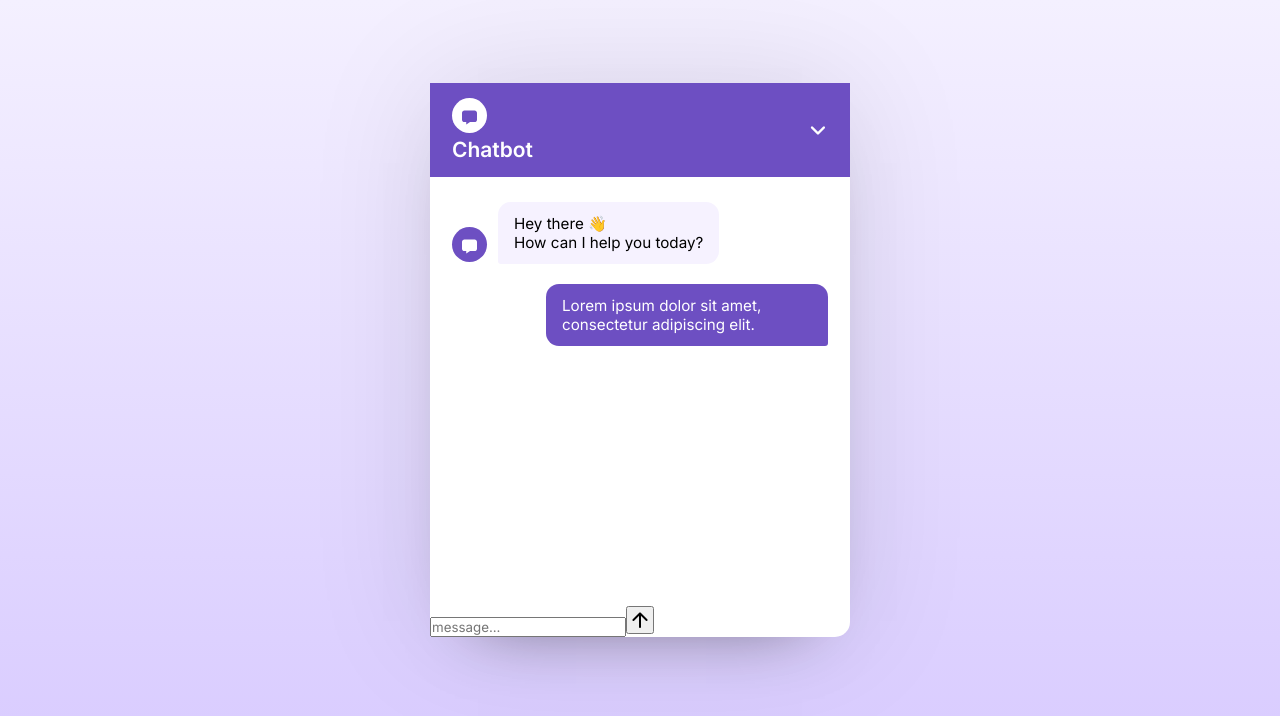
Repository: gogg23/chatbot
Page: / (app in chatbot/)
An editor plug-in stored every save of this project. The page is shown before and after the next save, followed by the edit.
The browser window is 1280 px wide. The pictures show the whole page.
The project was rebuilt for these pictures with package versions that can differ from the ones it lists, and the page was loaded fresh each time. Also part of the build but not shown: chatbot/vite.config.js.

Above is the page before, as saved 2025-01-17 12:52:51.

### chatbot/index.html
<!DOCTYPE html>
<html lang="en">
  <head>
    <meta charset="UTF-8" />
    <link rel="icon" type="image/svg+xml" href="/vite.svg" />
    <meta name="viewport" content="width=device-width, initial-scale=1.0" />
    <title>Chatbot in ReactJS</title>
    <!--Linking google Fonts for Icons-->
    <link
      href="https://fonts.googleapis.com/css2?family=Material+Symbols+Rounded"
      rel="stylesheet"
    />
  </head>
  <body>
    <div id="root"></div>
    <script type="module" src="/src/main.jsx"></script>
  </body>
</html>

### chatbot/src/index.css
/*Importing Google Fonts - Inter*/
@import url('https://fonts.googleapis.com/css2?family=Inter:ital,opsz,wght@0,14..32,100..900;1,14..32,100..900&display=swap');

* {
  margin: 0;
  padding: 0;
  box-sizing: border-box;
  font-family: 'Inter', sans-serif;
}

body {
  width: 100%;
  display: flex;
  align-items: center;
  justify-content: center;
  min-height: 100vh;
  background: linear-gradient(#f4f0ff, #dacdff);
}

.chatbot-popup {
  position: relative;
  width: 420px;
  background: #fff;
  border-radius: 15px;
  box-shadow: 0 0 128px 0 rgba(0, 0, 0, 0.1),
    0 32px 64px -48px rgba(0, 0, 0, 0.5);
}

.chatbot-popup .chat-header {
  display: flex;
  padding: 15px 22px;
  align-items: center;
  justify-content: space-between;
  background: #6d4fc2;
}

.chatbot-header .header-info {
  display: flex;
  gap: 10px;
  align-items: center;
}

.header-info svg {
  height: 35px;
  width: 35px;
  padding: 6px;
  flex-shrink: 0;
  fill: #6d4fc2;
  background: #fff;
  border-radius: 50%;
}

.header-info .logo-text {
  color: #fff;
  font-size: 1.31rem;
  font-weight: 600;
}

.chat-header button {
  height: 40px;
  width: 40px;
  border: none;
  outline: none;
  color: #fff;
  cursor: pointer;
  font-size: 1.9rem;
  padding-top: 2px;
  border-radius: 50%;
  margin-right: -10px;
  background: none;
  transition: 0.2s ease;
}
.chat-header button:hover {
  background: #593bab;
}
.chat-body {
  display: flex;
  flex-direction: column;
  gap: 20px;
  padding: 25px 22px;
  height: 460px;
  overflow-y: auto;
}

.chat-body .message {
  display: flex;
  gap: 11px;
  align-items: center;
}

.chat-body .bot-message svg {
  height: 35px;
  width: 35px;
  padding: 6px;
  flex-shrink: 0;
  fill: #fff;
  align-self: flex-end;
  margin-bottom: 2px;
  background: #6d4fc2;
  border-radius: 50%;
}

.chat-body .message .message-text {
  padding: 12px 16px;
  max-width: 75%;
  background: #6d4fc2;
  word-wrap: break-word;
  white-space: pre-line;
  font-size: 0.95rem;
}

.chat-body .bot-message .message-text {
  background: #f6f2ff;
  border-radius: 13px 13px 13px 3px;
}

.chat-body .user-message {
  flex-direction: column;
  align-items: flex-end;
}

.chat-body .user-message .message-text {
  color: #fff;
  background: #6d4fc2;
  border-radius: 13px 13px 3px 13px;
}

.chat-footer {
  position: absolute;
  bottom: 0;
}

### chatbot/src/App.jsx
import ChatbotIcon from './components/ChatbotIcon';

const App = () => {
  return (
    <div className='container'>
      <div className='chatbot-popup'>
        {/*Chatbot Header*/}
        <div className='chat-header'>
          <div className='header-info'>
            <ChatbotIcon />
            <h2 className='logo-text'>Chatbot</h2>
          </div>
          <button className='material-symbols-rounded'>
            keyboard_arrow_down
          </button>
        </div>
        {/*Chatbot Body*/}
        <div className='chat-body'>
          <div className='message bot-message'>
            <ChatbotIcon />
            <p className='message-text'>
              Hey there 👋
              <br />
              How can I help you today?
            </p>
          </div>
          <div className='message user-message'>
            <p className='message-text'>
              Lorem ipsum dolor sit amet, consectetur adipiscing elit.
            </p>
          </div>
        </div>
        {/*Chatbot Footer*/}
        <div className='chat-footer'>
          <form action='#' className='chat-form'></form>
          <input
            type='text'
            placeholder='message...'
            className='message-input'
            required
          />
          <button className='material-symbols-rounded'>arrow_upward</button>
        </div>
      </div>
    </div>
  );
};

export default App;

### chatbot/src/components/ChatbotIcon.jsx
const ChatbotIcon = () => {
  return (
    <svg
      xmlns='http://www.w3.org/2000/svg'
      width='50'
      height='50'
      viewBox='0 0 1024 1024'
    >
      <path
        d='M738.3 287.6H285.7c-59 0-106.8
      47.8-106.8 106.8v303.1c0 59 47.8 106.8 106.8 106.8h81.5v111.1c0
      .7.8 1.1 1.4.7l166.9-110.6 41.8-.8h117.4l43.6-.4c59
      0 106.8-47.8 106.8-106.8V394.5c0-59-47.8-106.9-106.8-106.9zM351
      .7 448.2c0-29.5 23.9-53.5 53.5-53.5s53.5 23.9 53.5 53.5-23.9
      53.5-53.5 53.5-53.5-23.9-53.5-53.5zm157.9 267.1c-67.8 0-123.8-47
      .5-132.3-109h264.6c-8.6 61.5-64.5 109-132.3 109zm110-213.7c-29.5
      0-53.5-23.9-53.5-53.5s23.9-53.5 53.5-53.5 53.5 23.9 53.5 53.5-23.9
      53.5-53.5 53.5zM867.2 644.5V453.1h26.5c19.4 0 35.1 15.7 35.1 35.1v121.1c0
      19.4-15.7 35.1-35.1 35.1h-26.5zM95.2 609.4V488.2c0-19.4 15.7-35.1
      35.1-35.1h26.5v191.3h-26.5c-19.4 0-35.1-15.7-35.1-35.1zM561.5 149.6c0 23.4-15.6
      43.3-36.9 49.7v44.9h-30v-44.9c-21.4-6.5-36.9-26.3-36.9-49.7 0-28.6 23.3-51.9 51.9-51.9s51.9
      23.3 51.9 51.9z'
      />
    </svg>
  );
};

export default ChatbotIcon;

Loaded but not shown: chatbot/src/main.jsx (common file)

After the next save:
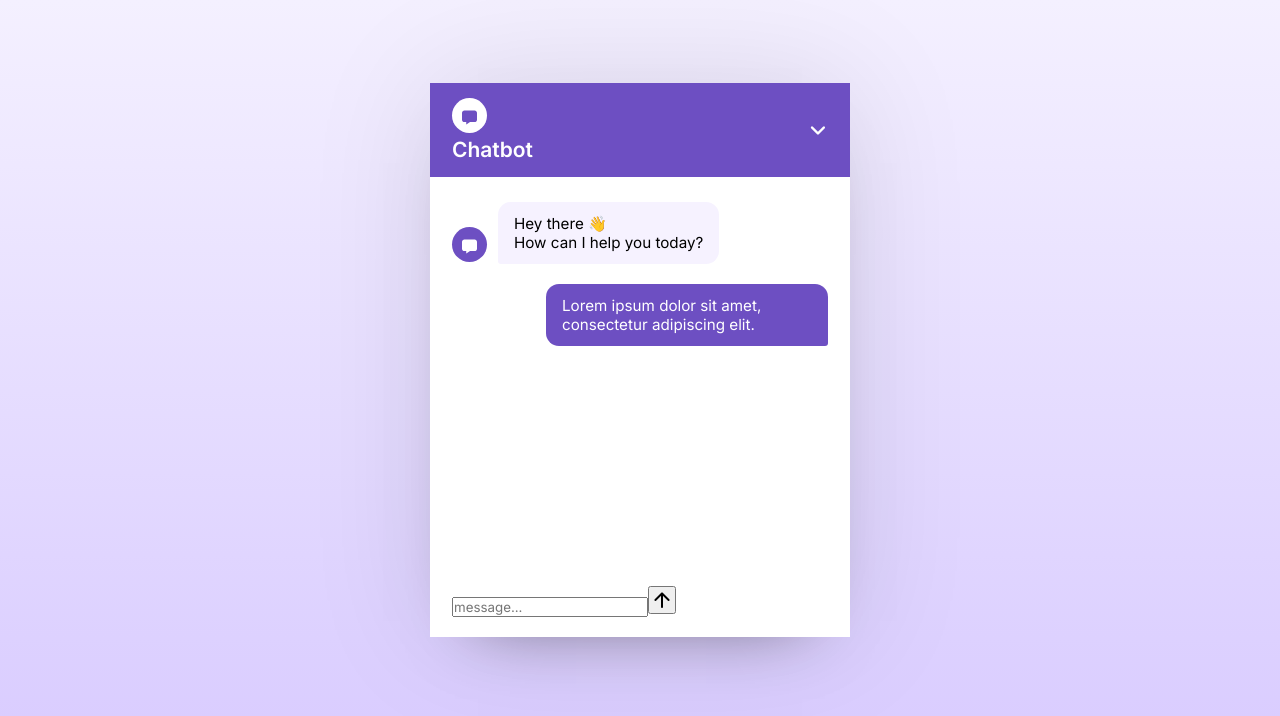
Saved 3 days later.
--- a/chatbot/src/index.css
+++ b/chatbot/src/index.css
@@ -128,4 +128,7 @@ body {
 .chat-footer {
   position: absolute;
   bottom: 0;
+  width: 100%;
+  background: #fff;
+  padding: 15px 22px 20px;
 }
